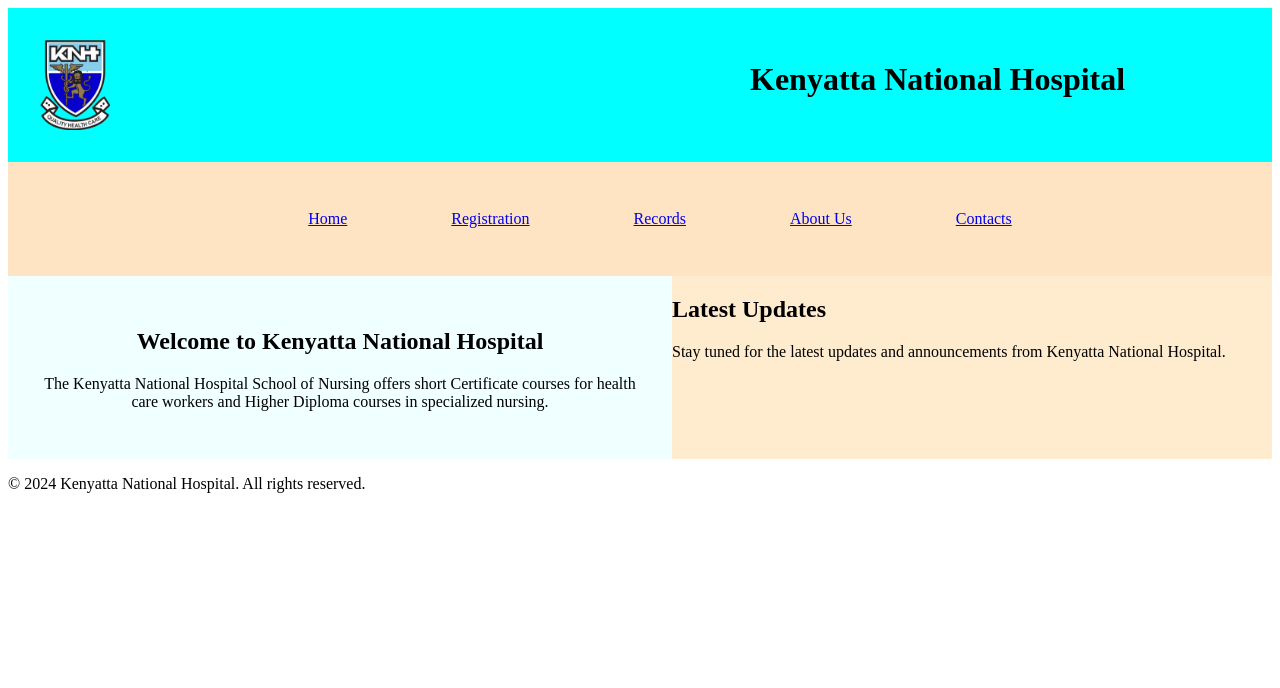
Repository: EphrahimLaanyu123/wsp
Page: index.html
The author's editor kept a copy of each file at every save. The page is drawn from the files as they stood at one save, then again after the next save.
The browser window is 1280 px wide. The pictures show the whole page.

Above is the page before, as saved 2025-03-14 08:36:35.

### index.html
<!DOCTYPE html>
<html lang="en">
<head>
    <meta charset="UTF-8">
    <meta name="viewport" content="width=device-width, initial-scale=1.0">
    <title>Kenyatta National Hospital</title>
    <link rel="stylesheet" href="styles.css">
</head>
<body>
    <header class="header">
        <img src="/transparent_logo.png" alt="Kenyatta National Hospital Logo" class="logo">
        <h1 class="header-title">Kenyatta National Hospital</h1>
    </header>

    <nav class="nav">

            <ul><a href="index.html">Home</a></ul>
            <ul><a href="Registration.html">Registration</a></ul>
            <ul><a href="table.html">Records</a></ul>
            <ul><a href="about.html">About Us</a></ul>
            <ul><a href="contacts.html">Contacts</a></ul>

    </nav>

    <main class="sectionaside">
        <section class="section">
            <h2>Welcome to Kenyatta National Hospital</h2>
            <p>The Kenyatta National Hospital School of Nursing offers short Certificate courses for health care workers and Higher Diploma courses in specialized nursing.</p>
        </section>

        <aside class="aside">
            <h2>Latest Updates</h2>
            <p>Stay tuned for the latest updates and announcements from Kenyatta National Hospital.</p>
        </aside>
    </main>

    <footer class="footer">
        <p>&copy; 2024 Kenyatta National Hospital. All rights reserved.</p>
    </footer>

    <script src="script.js"></script>
</body>
</html>

### styles.css


.header {
    padding: 2rem;
    background-color: aqua;
    display: flex;
    gap: 40rem;
}

.logo {
    width: 70px;
    height: 90px;
}

.nav {
    display: flex;
    justify-content: center;
    gap: 4rem;
    padding: 2rem;
    background-color: bisque;
}


.sectionaside {
    display: flex;
    justify-content: space-between;
}

.section {
    background-color: azure;
    width: 50%;
    justify-content: center;
    align-items: center;
    padding: 2rem;
    text-align: center;
}

.aside {
    background-color: blanchedalmond;
    width: 50%;
}

Loaded but not shown: script.js (no stored copy; drawn as an empty file)

After the next save:
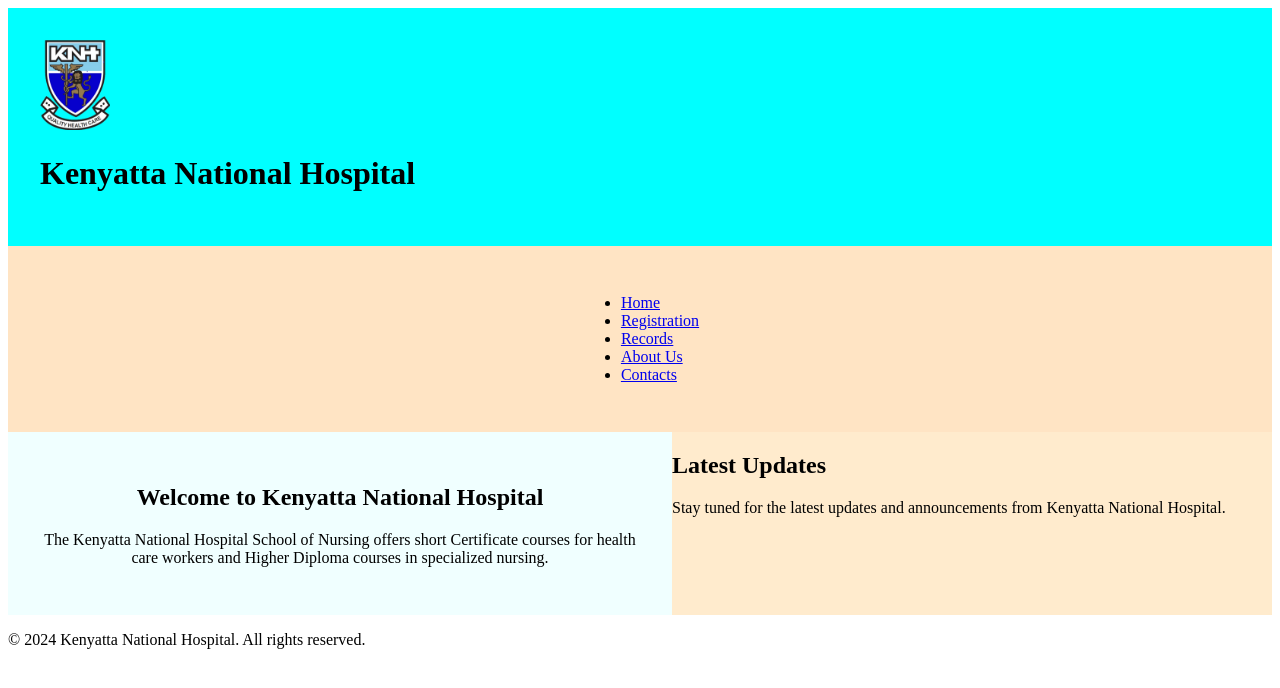
Saved 85 s later.
--- a/index.html
+++ b/index.html
@@ -7,19 +7,22 @@
     <link rel="stylesheet" href="styles.css">
 </head>
 <body>
+
     <header class="header">
-        <img src="/transparent_logo.png" alt="Kenyatta National Hospital Logo" class="logo">
-        <h1 class="header-title">Kenyatta National Hospital</h1>
+        <div class="header-content">
+            <img src="/transparent_logo.png" alt="Kenyatta National Hospital Logo" class="logo">
+            <h1 class="header-title">Kenyatta National Hospital</h1>
+        </div>
     </header>
 
     <nav class="nav">
-
-            <ul><a href="index.html">Home</a></ul>
-            <ul><a href="Registration.html">Registration</a></ul>
-            <ul><a href="table.html">Records</a></ul>
-            <ul><a href="about.html">About Us</a></ul>
-            <ul><a href="contacts.html">Contacts</a></ul>
-
+        <ul>
+            <li><a href="index.html">Home</a></li>
+            <li><a href="Registration.html">Registration</a></li>
+            <li><a href="table.html">Records</a></li>
+            <li><a href="about.html">About Us</a></li>
+            <li><a href="contacts.html">Contacts</a></li>
+        </ul>
     </nav>
 
     <main class="sectionaside">
@@ -39,5 +42,6 @@
     </footer>
 
     <script src="script.js"></script>
+
 </body>
 </html>
